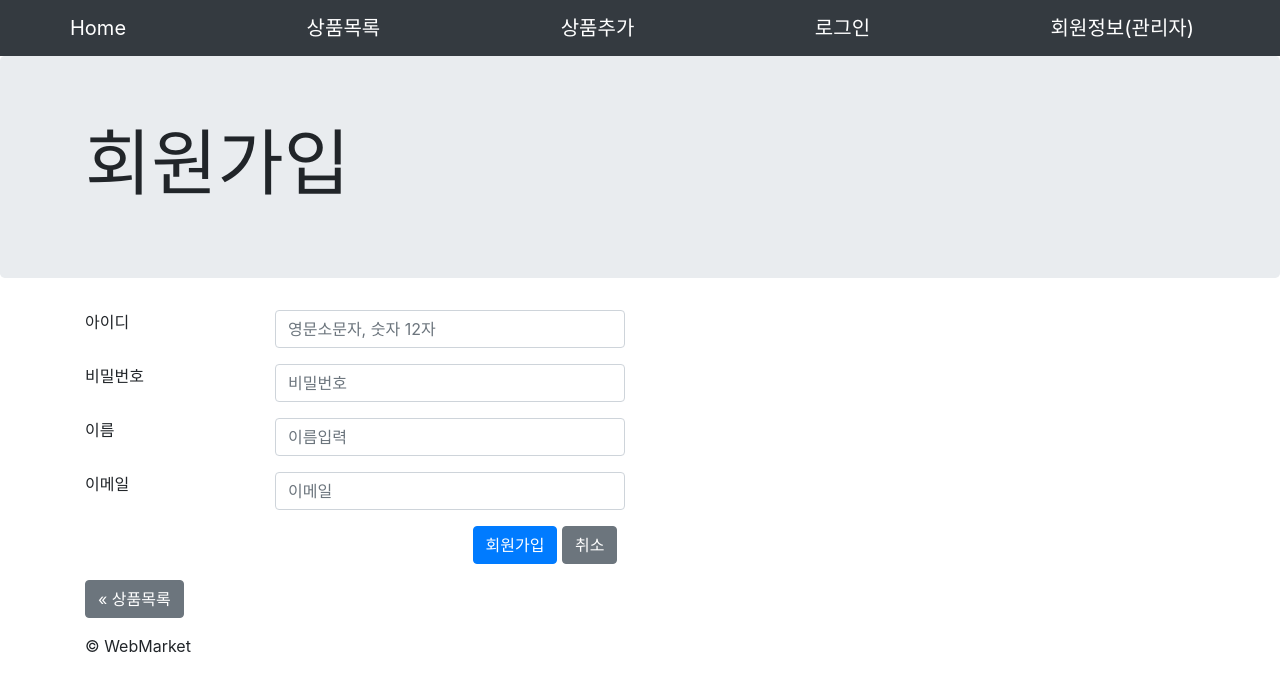
Repository: davisbyun/ai
Page: http://localhost/WebMarket/member/modify.jsp
These files come from the project's save history. The page is drawn as it stood at one moment and after the next save; the edit follows.
The browser window is 1280 px wide. The pictures show the whole page.
The page is served by Tomcat 9.

Above is the page before, as saved 2024-01-29 01:37:11.

After the next save:
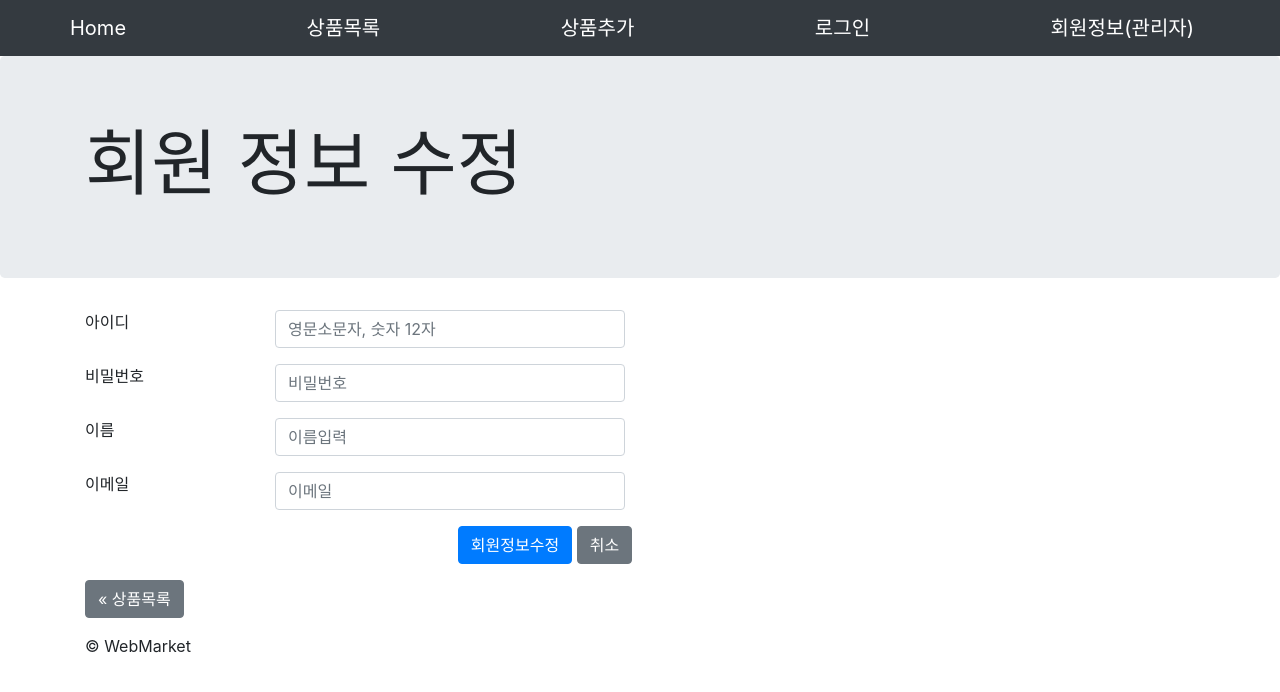
Saved 2 min 6 s later.
--- a/WebMarket/src/main/webapp/member/modify.jsp
+++ b/WebMarket/src/main/webapp/member/modify.jsp
@@ -13,11 +13,11 @@
   <jsp:include page="../menu.jsp"></jsp:include>
   <div class="jumbotron">
     <div class="container">
-        <h1 class="display-3"> 회원가입 </h1>
+        <h1 class="display-3"> 회원 정보 수정 </h1>
     </div>
   </div>
   <div class="container">
-     <form action="processJoin.jsp"  name="join" class="form-horizontal"  method="post">
+     <form action="processModify.jsp"  name="join" class="form-horizontal"  method="post">
 
          <div class="form-group row">
             <label class="col-sm-2 f1"> 아이디 </label>
@@ -49,7 +49,7 @@
 
                   <div class="form-group row">
             <div class="col-sm-offset-2  col-sm-10  col  text-center">
-                <input type="submit"  class="btn btn-primary f1" value="회원가입" >
+                <input type="submit"  class="btn btn-primary f1" value="회원정보수정" >
                 <input type="reset"  class="btn btn-secondary f1" value="취소">
             </div>
          </div>
